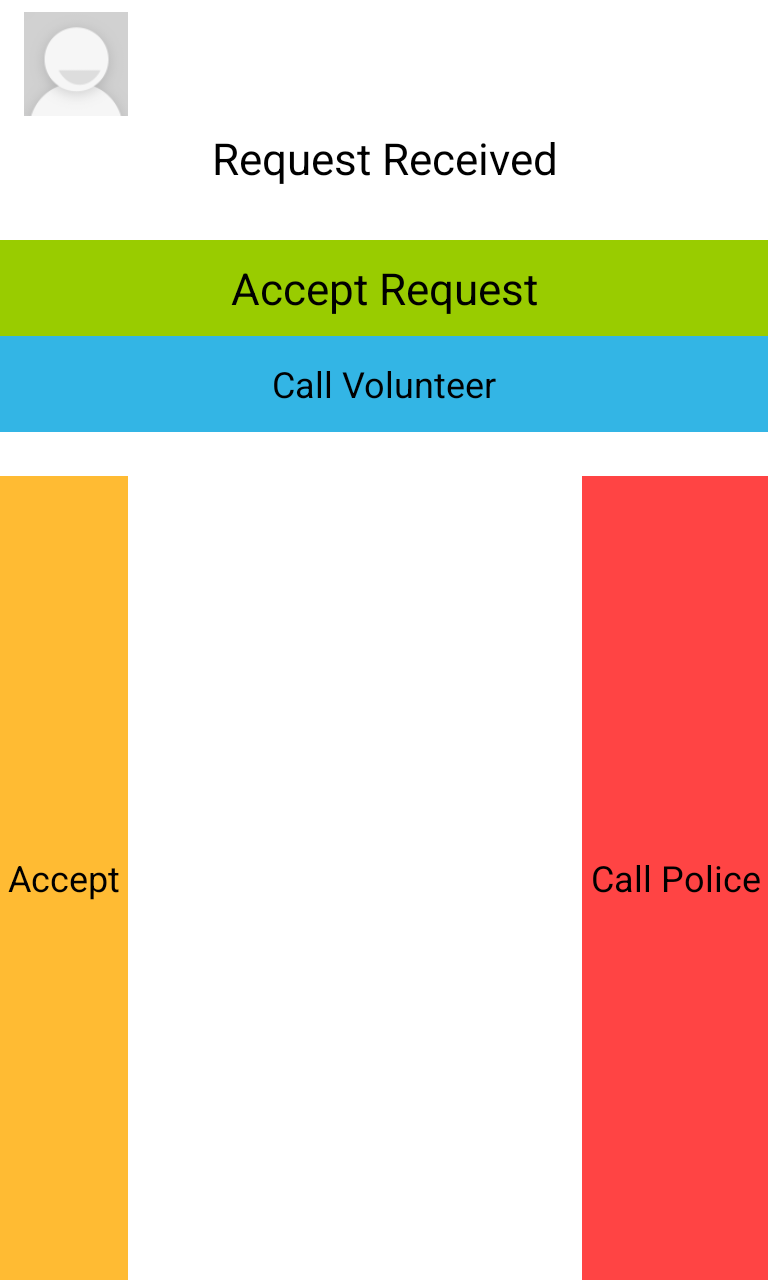
Repository: srivast6/SafeWalk
Layout: android/SafeWalk/res/layout/tryout.xml
An editor plug-in stored every save of this project. The layout is shown before and after the next save, followed by the edit.
It is drawn on a 768 x 1280 px phone screen (xhdpi) without system bars, with theme android:Theme.Holo.Light; the app's code is not run.

Above is the layout before, as saved 2013-11-20 18:31:12.

After the next save:
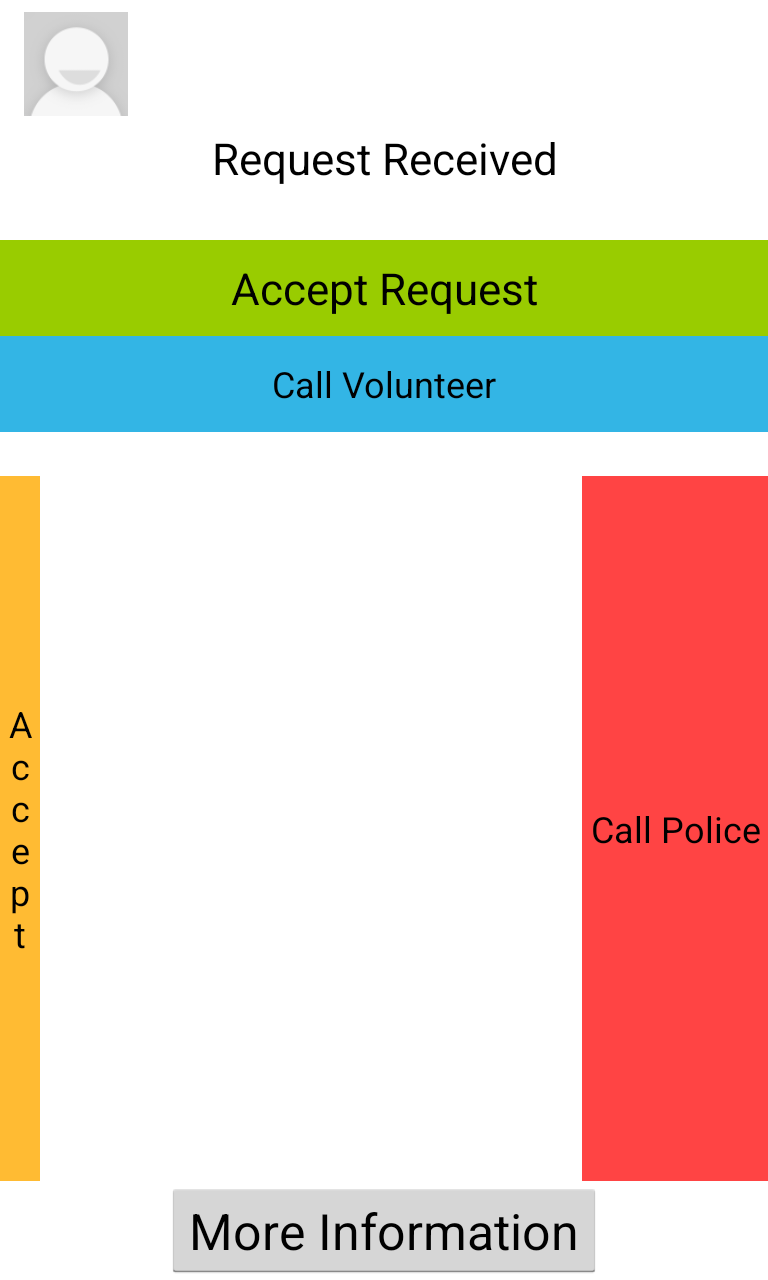
Saved 112 s later.
--- a/android/SafeWalk/res/layout/tryout.xml
+++ b/android/SafeWalk/res/layout/tryout.xml
@@ -75,8 +75,10 @@
             style="?android:attr/buttonBarButtonStyle"
             android:layout_width="wrap_content"
             android:layout_height="fill_parent"
+            android:layout_above="@+id/morInfo"
             android:layout_below="@id/callButton"
             android:background="@android:color/holo_orange_light"
+            android:layout_width="20dp"
             android:text="Accept" />
 
         <Button
@@ -84,30 +86,32 @@
             style="?android:attr/buttonBarButtonStyle"
             android:layout_width="wrap_content"
             android:layout_height="fill_parent"
+            android:layout_alignBottom="@+id/btn_callSafewalk"
             android:layout_alignParentRight="true"
             android:layout_below="@id/callButton"
             android:background="@android:color/holo_red_light"
             android:text="Call Police" />
-    </RelativeLayout>
 
-    <RelativeLayout
-        android:id="@+id/rltveLayout4"
-        android:layout_width="wrap_content"
-        android:layout_height="wrap_content"
-        android:layout_alignParentLeft="true"
-        android:layout_alignParentRight="true"
-        android:layout_below="@id/rltveLayout3"
-        android:orientation="vertical" >
+        <RelativeLayout
+            android:id="@+id/rltveLayout4"
+            android:layout_width="wrap_content"
+            android:layout_height="wrap_content"
+            android:layout_alignParentBottom="true"
+            android:layout_centerHorizontal="true"
+            android:layout_marginBottom="23dp" >
+        </RelativeLayout>
 
         <Button
             android:id="@+id/morInfo"
             android:layout_width="wrap_content"
             android:layout_height="wrap_content"
-            android:layout_gravity="center"
+            android:layout_alignParentBottom="true"
+            android:layout_centerHorizontal="true"
             android:layout_weight="0.39"
             android:gravity="center_vertical"
             android:text="More Information"
             android:textSize="25sp" />
+
     </RelativeLayout>
 
 </RelativeLayout>
